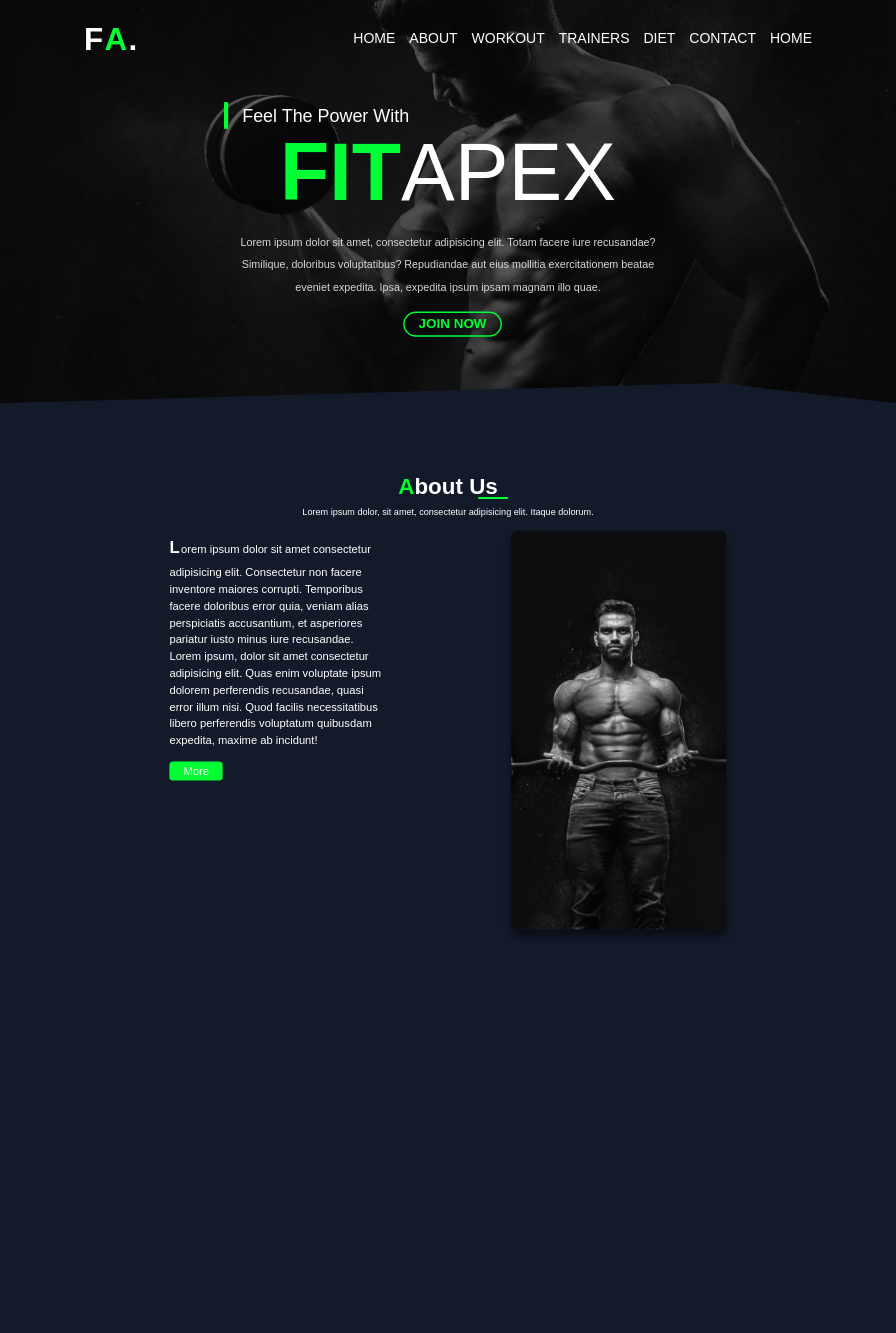
Repository: guilhermecardoso93/fitapex
Page: index.html
The author's editor kept a copy of each file at every save. The page is drawn from the files as they stood at one save, then again after the next save.
The browser window is 1280 px wide. The pictures show the whole page, at 70% of full size.

Above is the page before, as saved 2023-03-07 20:15:14.

### index.html
<!DOCTYPE html>
<html lang="pr-BR">
  <head>
    <meta charset="UTF-8" />
    <meta http-equiv="X-UA-Compatible" content="IE=edge" />
    <meta name="viewport" content="width=device-width, initial-scale=1.0" />
    <link rel="stylesheet" href="styles.css" />
    <link
      rel="stylesheet"
      href="https://cdnjs.cloudflare.com/ajax/libs/font-awesome/4.7.0/css/font-awesome.css"
    />
    <title>F.A GYM</title>
  </head>
  <body>
    <div class="navbar">
      <a href="#" class="logo">F<b>A</b>.</a>
      <ol>
        <li>
          <a href="#home">home</a>
        </li>
        <li>
          <a href="#about">about</a>
        </li>
        <li>
          <a href="#workout">workout</a>
        </li>
        <li>
          <a href="#trainers">trainers</a>
        </li>
        <li>
          <a href="#diet">diet</a>
        </li>
        <li>
          <a href="#contact">contact</a>
        </li>
        <li>
          <a href="#home">home</a>
        </li>
      </ol>
    </div>

    <section id="home" class="home view">
      <div class="highlights">
        <h3>feel the power with</h3>
        <h1><b>FIT</b>APEX</h1><br>
        <p class="tagline">
          Lorem ipsum dolor sit amet, consectetur adipisicing elit. Totam facere iure recusandae? Similique, doloribus voluptatibus? Repudiandae aut eius mollitia exercitationem beatae eveniet expedita. Ipsa, expedita ipsum ipsam magnam illo quae.
        </p>
        <button class="join">join now</button>
      </div>
      <div class="banner"/>
    </section>

    <section id="about" class="about view">
      <div class="main">
        <h2><span>A</span>bout Us</h2>
        <h6>Lorem ipsum dolor, sit amet, consectetur adipisicing elit. Itaque dolorum.</h6>
      </div>
      <div class="content">
        <div class="cols">
          <p><b>L</b>orem ipsum dolor sit amet consectetur adipisicing elit. Consectetur non facere inventore maiores corrupti. Temporibus facere doloribus error quia, veniam alias perspiciatis accusantium, et asperiores pariatur iusto minus iure recusandae. Lorem ipsum, dolor sit amet consectetur adipisicing elit. Quas enim voluptate ipsum dolorem perferendis recusandae, quasi error illum nisi. Quod facilis necessitatibus libero perferendis voluptatum quibusdam expedita, maxime ab incidunt! </p>
          <a href="#">more</a>
        </div>
        <div class="cols">
          <div class="box">
            <img src="./assets/about.jpg" alt="">
          </div>
        </div>
      </div>
    </section>

    <section id="workout" class="workout view">

    </section>
  </body>
</html>

### styles.css
@import url("https://fonts.googleapis.com/css2?family=Poppins:wght@400;500&display=swap");

@import "./css/_navbar.css";
@import "./css/_home.css";
@import "./css/_about.css";

* {
  margin: 0;
  padding: 0;
  box-sizing: border-box;
  font-family: "Poppisns", sans-serif;
  outline: none;
  color: #fff;
}

:root {
  --prime: #00ff34;
}

body {
  background-color: #131b2b;
}


.view {
  width: 100%;
  min-height: 80vh;
  position: relative;
}

### css/_navbar.css

.navbar {
  width: 100%;
  display: flex;
  position: fixed;
  padding: 30px 120px;
  background-color: transparent;
  justify-content: space-between;
  z-index: 1111;
  transition: 0.5s ease;
}

.logo {
  font-size: 2.8em;
  font-weight: 800;
  letter-spacing: 2px;
  text-transform: uppercase;
  text-decoration: none;
}

.logo B{
  color: var(--prime);
}

ol {
  display: flex;
  margin: auto 0;
}

ol li {
  list-style: none;
  margin-left: 20px;
}

ol li a {
  font-size: 20px;
  font-weight:500;
  text-transform: uppercase;
  text-decoration: none;
}

ol li:hover a {
  color: var(--prime);
}

### css/_home.css
.home {
  display: flex;
  min-height: 120vh;
  align-items: center;
  justify-content: center;
  clip-path: polygon(0 0, 100% 0, 100% 100%, 80% 95%, 0 100%);
}

.banner {
  height: 100%;
  width: 100%;
  position: absolute;
  background: url("../assets/banner.jpg");
  background-size: cover;
  background-position: center;
  filter: brightness(40%);
}

.highlights {
  width: 50%;
  position: relative;
  display: inline-block;
  justify-content: center;
  z-index: 11;
}

.highlights h3 {
  display: inline;
  font-size: 2vw;
  padding: 5px 20px;
  font-weight: lighter;
  text-transform: capitalize;
  border-left: 6px solid var(--prime);
}

.highlights h1 {
  font-size: 9vw;
  text-align: center;
  font-weight: normal;
}

.highlights b {
  color: var(--prime);
  font-weight: 800;
  font-family: sans-serif;
}

.highlights .tagline {
  color: #d7d7d7;
  font-size: 1.2vw;
  text-align: center;
  font-weight: normal;
  line-height: 32px;
}

.highlights .join {
  position: absolute;
  left: 40%;
  margin-top: 1.2rem;
  padding: 5px 20px;

  transform: tanslateX(-500%);
  font-weight: 800;
  font-size: 1.5vw;
  text-transform: uppercase;

  color: var(--prime);
  border: 2px solid var(--prime);
  border-radius: 50px;
  background: transparent;

  transition: 0.3s ease;
}

.highlights .join:hover {
  color: #fff;
  cursor: pointer;
  letter-spacing: 1.5px;
  background: var(--prime);
}

### css/_about.css
.main {
  width: 100%;
  text-align: center;
  padding-bottom: 20px;
}

.main h2 {
  font-size: 2.5vw;
  position: relative;
  text-align: center;
  padding-top: 100px;
  display: inline-block;
}

span {
  color: var(--prime);
}

.main h2:before {
  position: absolute;
  content: "";
  background: var(--prime);
  height: 3px;
  width: 30%;
  right: -15px;
  bottom: 0;
  border-radius: 50px;
}

.main h6 {
  margin-top: 10px;
  font-size: 13px;
  font-family: sans-serif;
  font-weight: lighter;
}

.content {
  position: relative;
  display: flex;
  width: 100%;
  padding: 0 30px;
  justify-content: center;
  line-height: 1.5em;
}

.about .content .cols {
  position: relative;
  width: 100%;
  max-width: 40%;
  height: 100%;
  padding: 0px 90px;
}

.about .content .cols p b {
  font-size: 24px;
  margin-right: 2px;
  line-height: 2;
}

.about .content .cols a {
  position: relative;
  top: 20px;
  color: #fff;
  background-color: var(--prime);
  padding: 5px 20px;
  border-radius: 5px;
  text-decoration: none;
  text-weight: 500;
  text-transform: capitalize;
}

.about .content .cols a:hover {
  color: #000;
  background: #fff;
}

.about .content .cols .box {
  position: relative;
  height: 570px;
  box-shadow: 0 10px 10px rgba(0, 0, 0, 0.5);
  border-radius: 10px;
}

.about .content .cols .box img {
  position: absolute;
  top: 0;
  left: 0;
  height: 100%;
  width: 100%;
  object-fit: cover;
  border-radius: 10px;
}

After the next save:
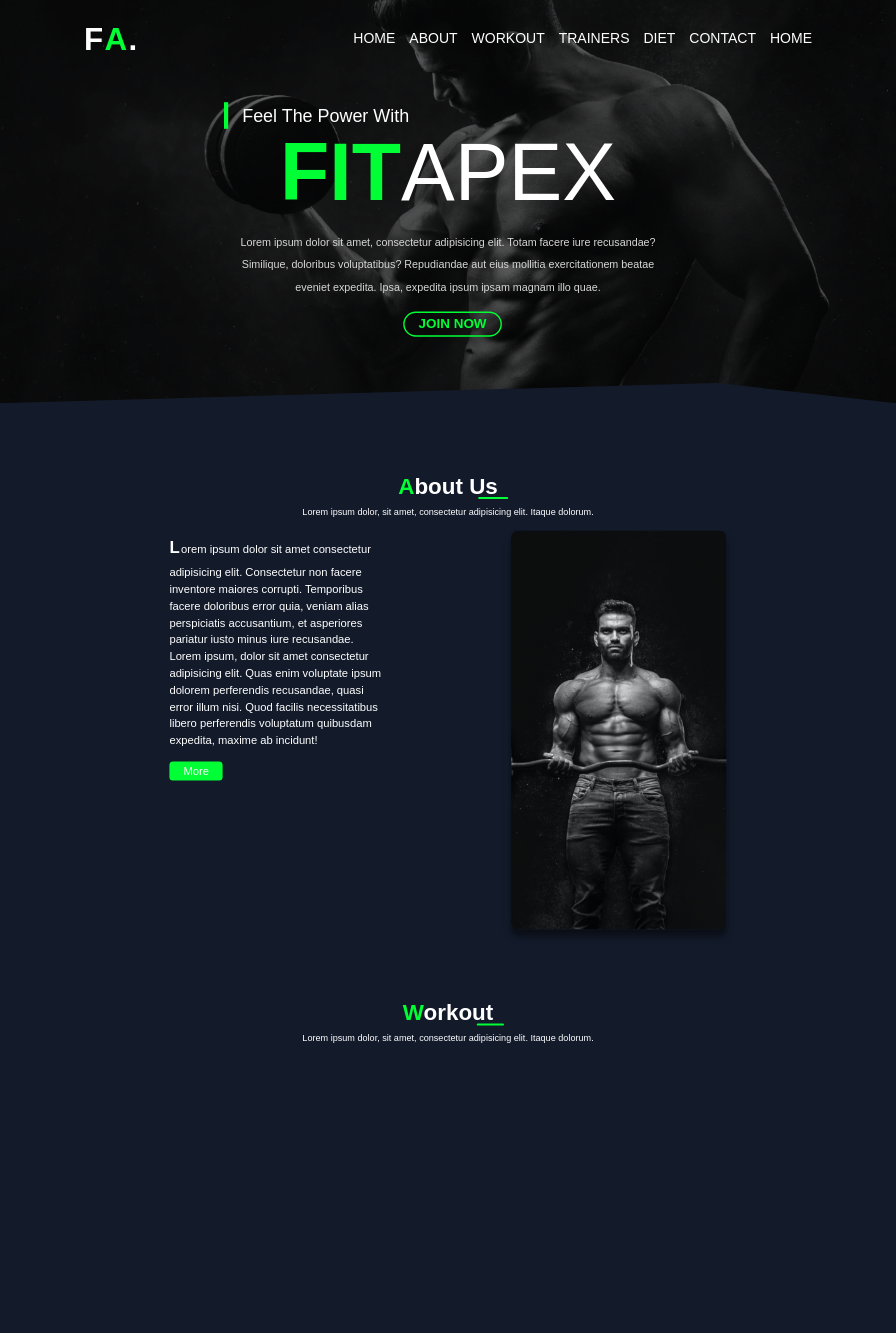
Saved 51 s later.
--- a/index.html
+++ b/index.html
@@ -70,7 +70,10 @@
     </section>
 
     <section id="workout" class="workout view">
-
+      <div class="main">
+        <h2><span>W</span>orkout</h2>
+        <h6>Lorem ipsum dolor, sit amet, consectetur adipisicing elit. Itaque dolorum.</h6>
+      </div>
     </section>
   </body>
 </html>
